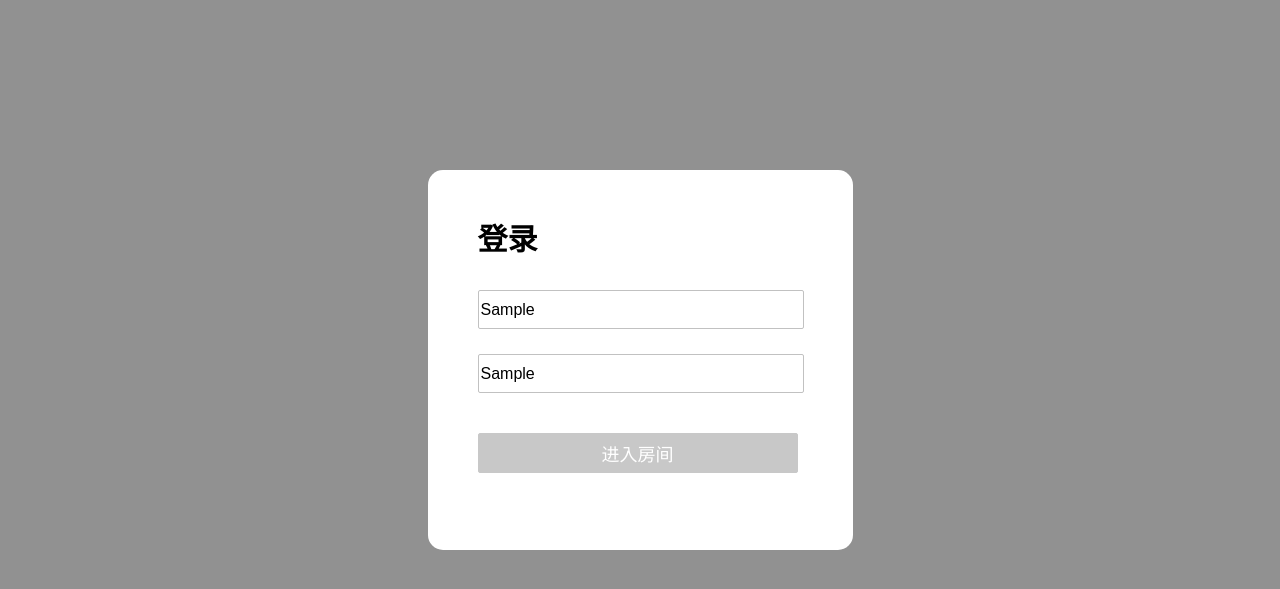
Repository: sjtu-course/homework
Page: GongZening/Week2/Web/LoginPage.html
The author's editor kept a copy of each file at every save. The page is drawn from the files as they stood at one save, then again after the next save.
The browser window is 1280 px wide. The pictures show the whole page.
Empty fields were first filled with sample values (such as "Sample", 5 or name@example.com).
After loading, the first visible `#enter_button` was clicked once.

Above is the page before, as saved 2020-11-09 16:29:46.

### GongZening/Week2/Web/LoginPage.html
<!DOCTYPE html>
<html>
    <head>
        <meta charset="utf-8">
        <title>LoginPage</title>
        <style>
            input::-webkit-input-placeholder{
                color:#c1c1c1;
                font-size: 16px;
                padding-left: 25px;
            }
        </style>
        <link rel="stylesheet" type="text/css" href="css/Round_Rect.css" />
        <link rel="stylesheet" type="text/css" href="css/Login.css" />
        <link rel="stylesheet" type="text/css" href="css/Edit_Text.css" />
        <link rel="stylesheet" type="text/css" href="css/Button.css" />
        <link rel="stylesheet" type="text/css" href="css/Reset.css" />
        <script src="js/Button_Click.js"></script>
    </head>

    <body style="background-color: #919191;">
        <div id="round_rect">
            <h1 id="login">登录</h1>
            <input type="text" id="room_text" class="edit_text" placeholder="房间ID" style="margin-top: 45px;">
            <input type="text" id="user_text" class="edit_text" placeholder="用户ID" style="margin-top: 25px;">
            <button id="enter_button" class="button" onclick="enter_room()">进入房间</button>
        </div>
    </body>
</html>

### GongZening/Week2/Web/css/Round_Rect.css
@charset "utf-8";
#round_rect{
	width: 425px;
	height: 380px;
	background-color: white;
	/* 圆角大小 */
	border-radius: 15px;
	/* 位置居中 */
	position: absolute;
	margin: auto;
	top: 0;
	right: 0;
	left: 0;
	bottom: 0;
}

### GongZening/Week2/Web/css/Login.css
@charset "utf-8";
#login{
    font-size: 30px;
    color: black;
    margin-top: 45px;
    margin-left: 50px;
    height: 30px;
}

### GongZening/Week2/Web/css/Edit_Text.css
@charset "utf-8";
.edit_text{
    width: 320px;
    height: 35px;
    margin-left: 50px;
    margin-top: 0px;
    border-radius: 2px;
    border:1px solid #c1c1c1;
    font-size: 16px;
}

### GongZening/Week2/Web/css/Button.css
@charset "utf-8";
.button{
    width: 320px;
    height: 40px;
    margin-left: 50px;
    margin-top: 40px;
    border-radius: 2px;
    background-color: #c8c8c8;
    color: white;
    border:1px solid #c8c8c8;
    font-size: 18px;
}

### GongZening/Week2/Web/css/Reset.css
@charset "utf-8";
body,p,h1,h2,h3,h4,h5,h6,dl,dd{
    margin:0;
    font-size:12px;
/* font-family:XX; */
}
ol,ul{
    list-style:none;
    padding:0;
    margin:0;
}
a{
    text-decoration:none;
}
img{
    border:none;
}
/* 默认样式重置 (css reset)  */

### GongZening/Week2/Web/js/Button_Click.js
function enter_room(){
    // var room = document.getElementById("room_text").nodeValue;
    // var user = document.getElementById("user_text").nodeValue;
    // document.getElementById("enter_button").removeAttribute("disabled", true);
    // document.getElementById("enter_button").style.color="#5286ed";
    alert("成功");
    // if (room == "" || user == ""){
    //     document.getElementById("enter_button").setAttribute("disabled", true);
    // }
    // else{
    //     // document.getElementById("enter_button").removeAttribute("disabled", true);
    //     document.getElementById("enter_button").style.backgroundColor="#5286ed";
    // }
}

After the next save:
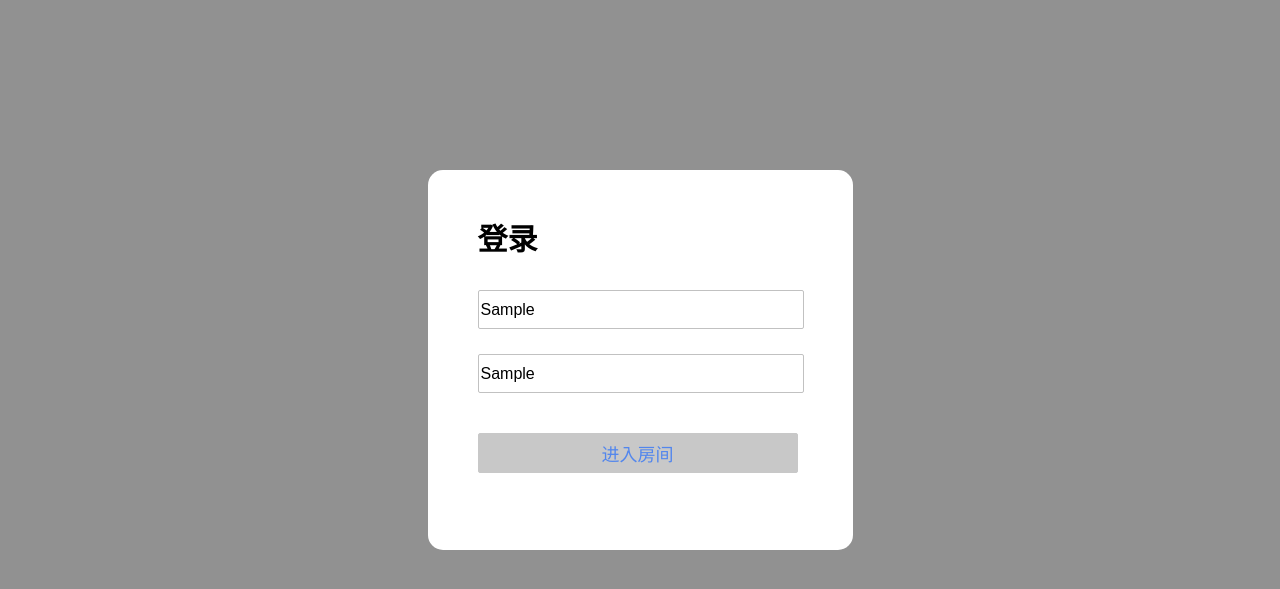
Saved 18 s later.
--- a/GongZening/Week2/Web/js/Button_Click.js
+++ b/GongZening/Week2/Web/js/Button_Click.js
@@ -2,8 +2,8 @@
     // var room = document.getElementById("room_text").nodeValue;
     // var user = document.getElementById("user_text").nodeValue;
     // document.getElementById("enter_button").removeAttribute("disabled", true);
-    // document.getElementById("enter_button").style.color="#5286ed";
-    alert("成功");
+    document.getElementById("enter_button").style.color="#5286ed";
+    // alert("成功");
     // if (room == "" || user == ""){
     //     document.getElementById("enter_button").setAttribute("disabled", true);
     // }

After the save that followed:
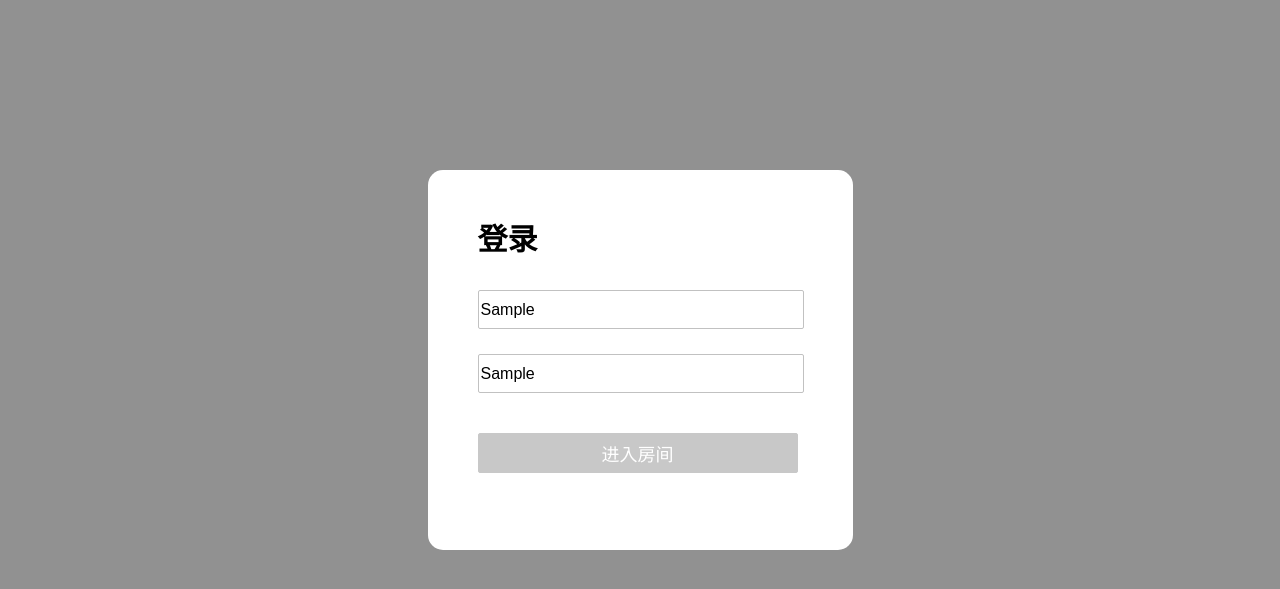
Saved 9 s later.
--- a/GongZening/Week2/Web/js/Button_Click.js
+++ b/GongZening/Week2/Web/js/Button_Click.js
@@ -1,8 +1,8 @@
 function enter_room(){
     // var room = document.getElementById("room_text").nodeValue;
     // var user = document.getElementById("user_text").nodeValue;
-    // document.getElementById("enter_button").removeAttribute("disabled", true);
-    document.getElementById("enter_button").style.color="#5286ed";
+    document.getElementById("enter_button").removeAttribute("disabled", true);
+    // document.getElementById("enter_button").style.color="#5286ed";
     // alert("成功");
     // if (room == "" || user == ""){
     //     document.getElementById("enter_button").setAttribute("disabled", true);
